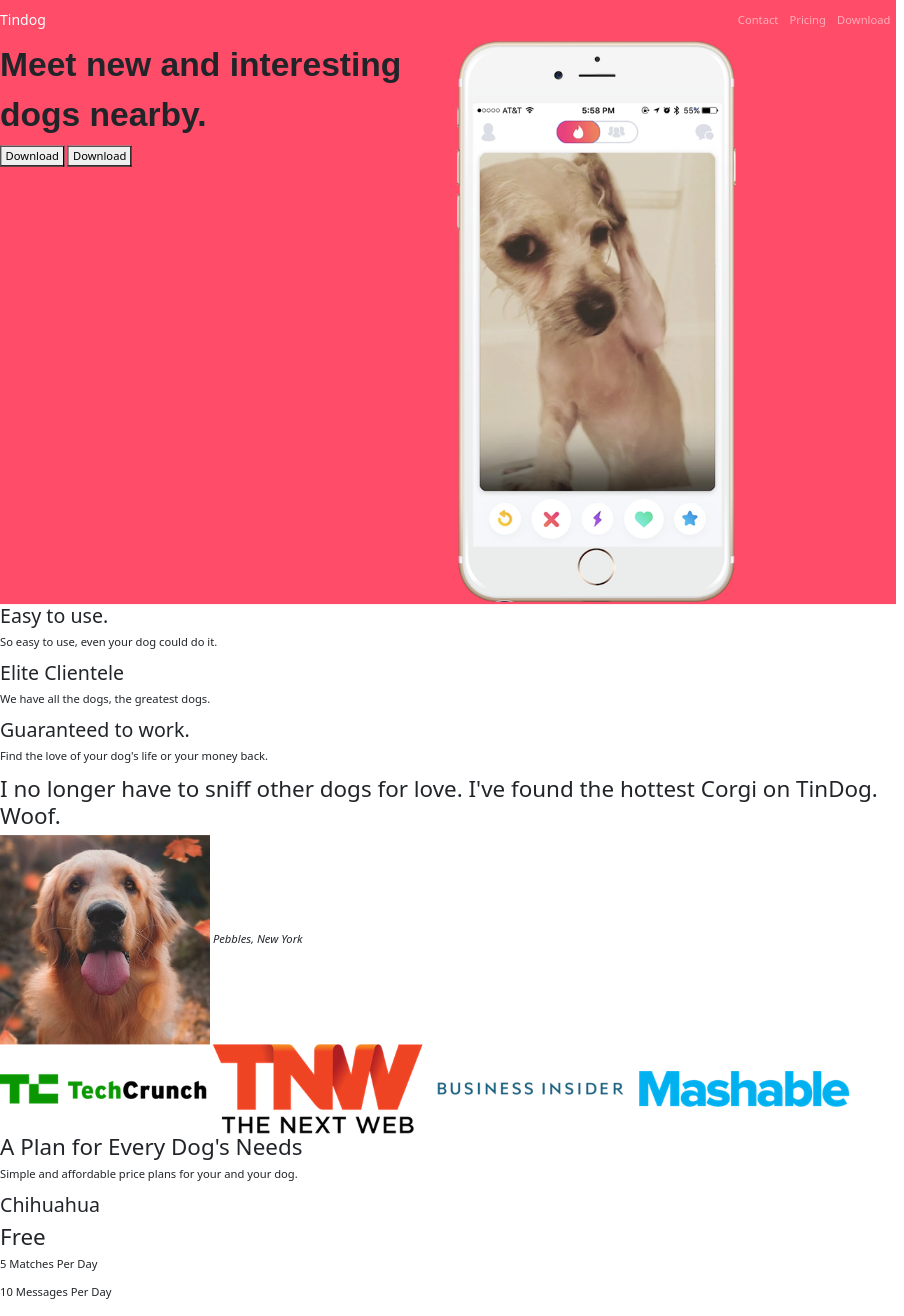
Repository: Mardoqueu/tindog
Page: index.html
These files come from the project's save history. The page is drawn as it stood at one moment and after a run of saves; the edit follows.
The browser window is 1280 px wide. The page is 1292 px wide, then 1280 px, so the pictures cover 1292 px, including what lies to the right of the window. The pictures show the part of the page from y = 0 to 1880 px (the page is 2571 px tall), at 70% of full size.

Above is the page before, as saved 2022-10-17 15:52:50.

### index.html
<!DOCTYPE html>
<html>

<head>
  <meta charset="utf-8">
  <title>TinDog</title>
  <link href="https://fonts.googleapis.com/css2?family=Montserrat&family=Ubuntu&display=swap" rel="stylesheet">
  <link href="https://fonts.googleapis.com/css2?family=Montserrat:wght@400;900&family=Ubuntu&display=swap" rel="stylesheet">
  <link rel="stylesheet" href="css/styles.css">
  <link rel="stylesheet" href="https://stackpath.bootstrapcdn.com/bootstrap/5.0.0-alpha1/css/bootstrap.min.css" integrity="sha384-r4NyP46KrjDleawBgD5tp8Y7UzmLA05oM1iAEQ17CSuDqnUK2+k9luXQOfXJCJ4I" crossorigin="anonymous">


  <script src="https://stackpath.bootstrapcdn.com/bootstrap/5.0.0-alpha1/js/bootstrap.min.js" integrity="sha384-oesi62hOLfzrys4LxRF63OJCXdXDipiYWBnvTl9Y9/TRlw5xlKIEHpNyvvDShgf/" crossorigin="anonymous"></script>
  <script src="https://cdn.jsdelivr.net/npm/popper.js@1.16.0/dist/umd/popper.min.js" integrity="sha384-Q6E9RHvbIyZFJoft+2mJbHaEWldlvI9IOYy5n3zV9zzTtmI3UksdQRVvoxMfooAo" crossorigin="anonymous"></script>
  <link rel="stylesheet" href="css/styles.css">
</head>

<body>
  <section id="title">
    <div class="class">

    </div>
    <!-- Nav Bar -->
    <nav class="navbar navbar-expand-lg navbar-dark">
      <a class="navbar-brand" href="">Tindog</a>
       <button class="navbar-toggler" type="button" data-toggle="collapse" data-target="#navbarSupportedContent" aria-controls="navbarSupportedContent" aria-expanded="false" aria-label="Toggle navigation">
      <span class="navbar-toggler-icon"></span>
    </button>
    <div class="collapse navbar-collapse" id="navbarSupportedContent">
      <ul class="navbar-nav ml-auto">
          <li class="nav-item">
              <a class="nav-link" href="">Contact</a>
          </li>
          <li class="nav-item">
              <a class="nav-link" href="">Pricing</a>
          </li>
          <li class="nav-item">
              <a class="nav-link" href="">Download</a>
          </li>
      </ul>
   </div>
  </nav>


    <!-- Title -->

    <div class="row">

      <div class="col-lg-6">
        <h1>Meet new and interesting dogs nearby.</h1>
        <button type="button">Download</button>
        <button type="button">Download</button>
      </div>
      <div class="col-lg-6">
        <img src="images/iphone6.png" alt="iphone-mockup">
      </div>
    </div>


  </section>


  <!-- Features -->

  <section id="features">

    <h3>Easy to use.</h3>
    <p>So easy to use, even your dog could do it.</p>

    <h3>Elite Clientele</h3>
    <p>We have all the dogs, the greatest dogs.</p>

    <h3>Guaranteed to work.</h3>
    <p>Find the love of your dog's life or your money back.</p>

  </section>


  <!-- Testimonials -->

  <section id="testimonials">

    <h2>I no longer have to sniff other dogs for love. I've found the hottest Corgi on TinDog. Woof.</h2>
    <img src="images/dog-img.jpg" alt="dog-profile">
    <em>Pebbles, New York</em>

    <!-- <h2 class="testimonial-text">My dog used to be so lonely, but with TinDog's help, they've found the love of their life. I think.</h2>
    <img class="testimonial-image" src="images/lady-img.jpg" alt="lady-profile">
    <em>Beverly, Illinois</em> -->

  </section>


  <!-- Press -->

  <section id="press">
    <img src="images/techcrunch.png" alt="tc-logo">
    <img src="images/tnw.png" alt="tnw-logo">
    <img src="images/bizinsider.png" alt="biz-insider-logo">
    <img src="images/mashable.png" alt="mashable-logo">

  </section>


  <!-- Pricing -->

  <section id="pricing">

    <h2>A Plan for Every Dog's Needs</h2>
    <p>Simple and affordable price plans for your and your dog.</p>


    <h3>Chihuahua</h3>
    <h2>Free</h2>
    <p>5 Matches Per Day</p>
    <p>10 Messages Per Day</p>
    <p>Unlimited App Usage</p>
    <button type="button">Sign Up</button>


    <h3>Labrador</h3>
    <h2>$49 / mo</h2>
    <p>Unlimited Matches</p>
    <p>Unlimited Messages</p>
    <p>Unlimited App Usage</p>
    <button type="button">Sign Up</button>


    <h3>Mastiff</h3>
    <h2>$99 / mo</h2>
    <p>Pirority Listing</p>
    <p>Unlimited Matches</p>
    <p>Unlimited Messages</p>
    <p>Unlimited App Usage</p>
    <button type="button">Sign Up</button>

  </section>


  <!-- Call to Action -->

  <section id="cta">

    <h3>Find the True Love of Your Dog's Life Today.</h3>
    <button type="button">Download</button>
    <button type="button">Download</button>

  </section>


  <!-- Footer -->

  <footer id="footer">

    <p>© Copyright TinDog</p>

  </footer>


</body>

</html>

### css/styles.css
#title{
    background-color: #ff4c68;
}

h1 {
    font-family: 'Montserrat-Black', sans-serif;
    font-size: 3rem;
    line-height: 1.5;
    font-weight: 900;
}

After the next 3 saves:
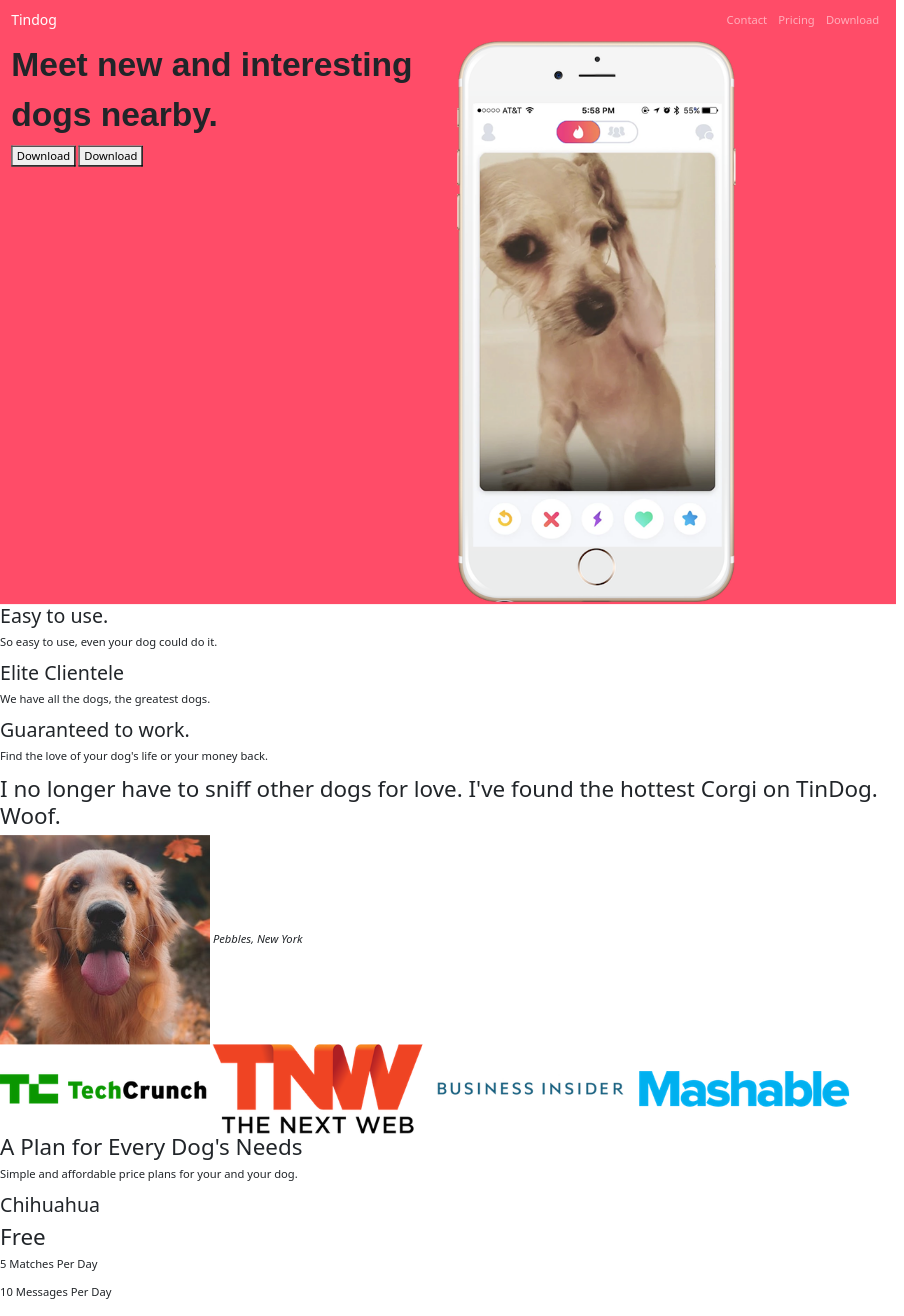
The 3 saves are shown as one change because they came seconds apart.
The last was saved 11 s later.
--- a/index.html
+++ b/index.html
@@ -17,9 +17,9 @@
 
 <body>
   <section id="title">
-    <div class="class">
+    <div class="container-fluid">
 
-    </div>
+
     <!-- Nav Bar -->
     <nav class="navbar navbar-expand-lg navbar-dark">
       <a class="navbar-brand" href="">Tindog</a>
